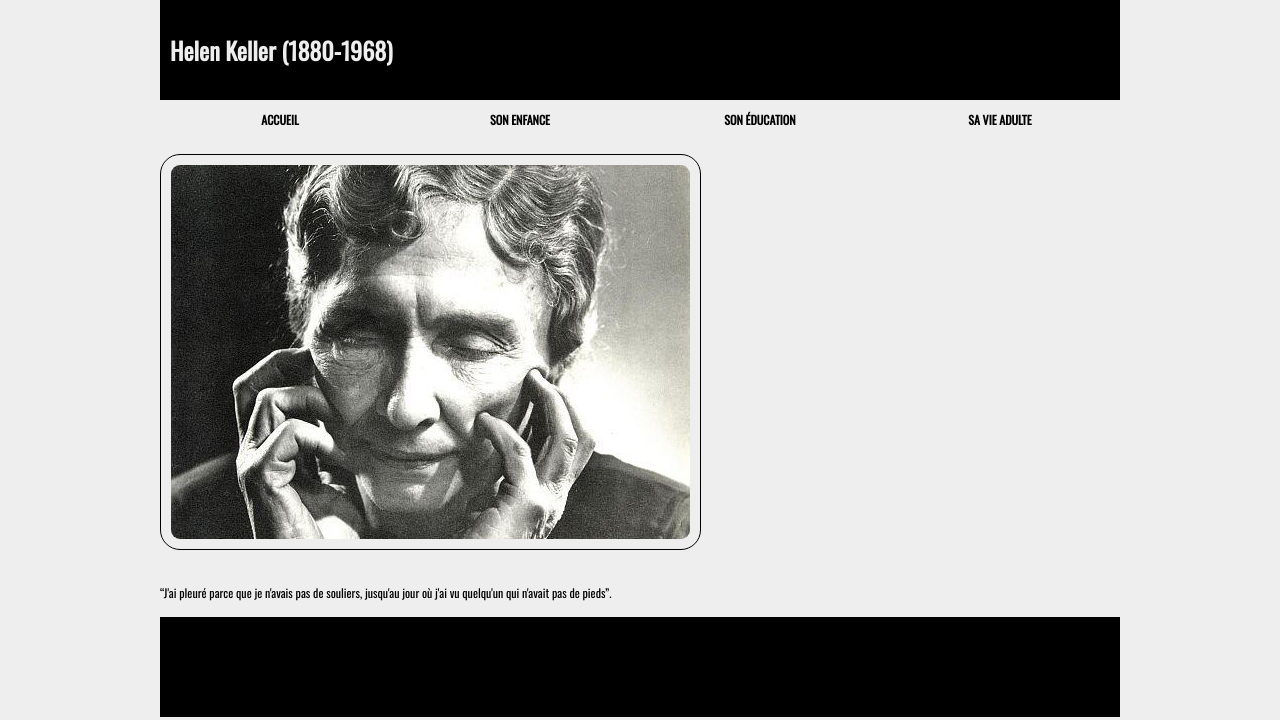
Repository: Luc010/Exercices
Page: HTML CSS/biographie_helen_keller/index.html
The author's editor kept a copy of each file at every save. The page is drawn from the files as they stood at one save, then again after a run of saves.
The browser window is 1280 px wide. The pictures show the whole page.

Above is the page before, as saved 2019-09-04 16:21:00.

After the next 2 saves:
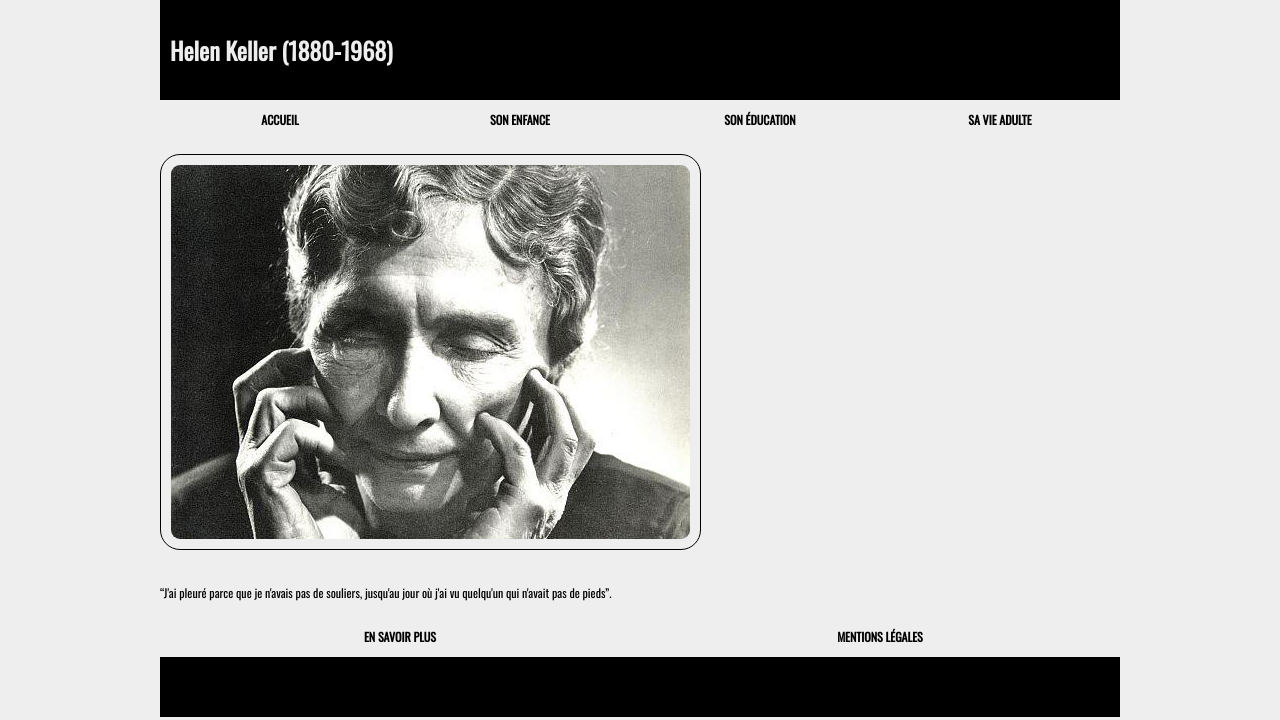
The 2 saves are shown as one change because they came seconds apart.
The last was saved 27 s later.
--- a/HTML CSS/biographie_helen_keller/index.html
+++ b/HTML CSS/biographie_helen_keller/index.html
@@ -30,10 +30,12 @@
         </div>
     </main>
     <footer>
-        <div class="container">
+        <div class="container bg">
             <!-- ul>li*5>a{lien$} -->
-En savoir plusMentions légales
-
+            <ul>
+                <li><a href="savoirplus.html">En savoir plus</a></li>
+                <li><a href="mentions.html">Mentions légales</a></li>
+            </ul>
         </div>
     </footer>
 </body>
